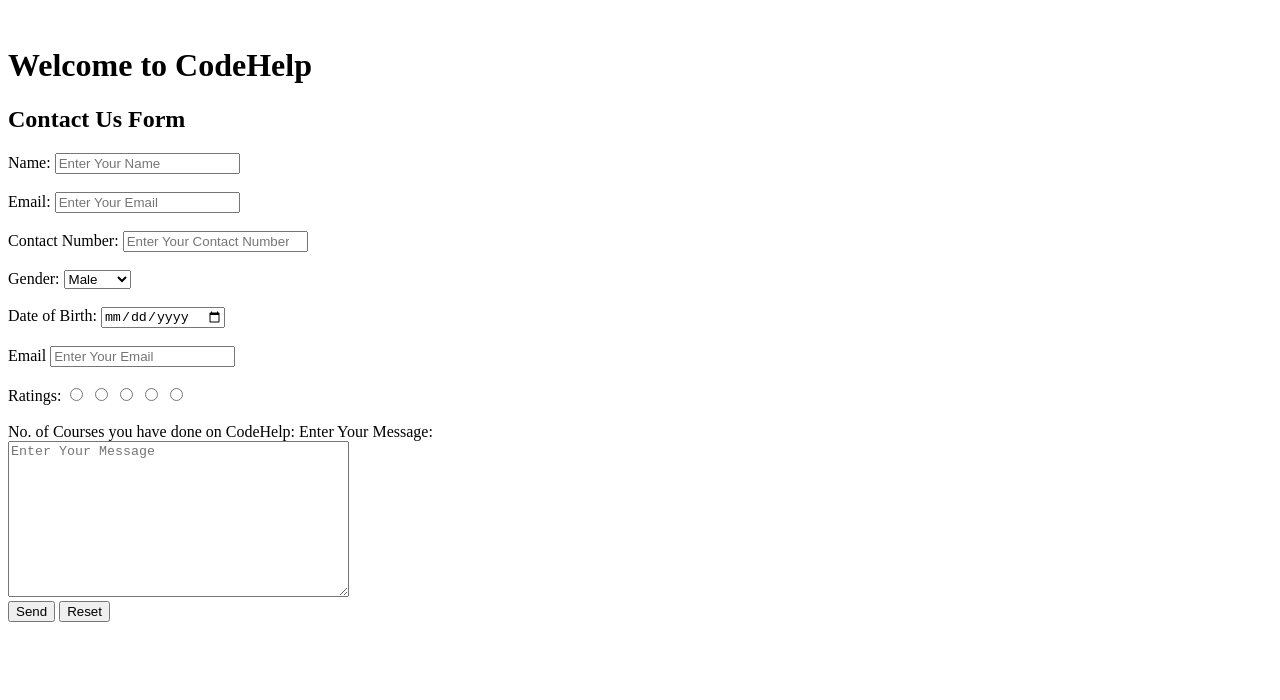
Repository: shoaib-1729/Web-Dev-Course_Dot-Batch_Love-Babbar
Page: 02_HTML Session Basics-to-Pro Level/03_HTML-Basics-Session-III/03_Code-Practice-Session-3/formsPractice.html
The author's editor kept a copy of each file at every save. The page is drawn from the files as they stood at one save, then again after the next save.
The browser window is 1280 px wide. The pictures show the whole page.

Above is the page before, as saved 2023-07-29 16:39:17.

### 02_HTML Session Basics-to-Pro Level/03_HTML-Basics-Session-III/03_Code-Practice-Session-3/formsPractice.html
<!DOCTYPE html>
<br lang="en">

<head>
    <meta charset="UTF-8">
    <meta name="viewport" content="width=device-width, initial-scale=1.0">
    <title>Forms</title>
</head>

<body>

    <form action="https://www.thecodehelp.in" target="_blank">
        <h1>Welcome to CodeHelp</h1>

        <h2>Contact Us Form</h2>

        <label for="name">Name:</label>
        <input type="text" id="name" placeholder="Enter Your Name">
        </br>
        </br>

        <label for="Email">Email:</label>
        <input type="email" id="Email" placeholder="Enter Your Email">
        </br>
        </br>


        <label for="number">Contact Number:</label>
        <input type="number" id="number" placeholder="Enter Your Contact Number">
        </br>
        </br>


        <label for="gender">Gender: </label>
        <select name="gender" id="gender-select">
            <option value="male">Male</option>
            <option value="female">Female</option>
            <option value="others">Others</option>
        </select>
        </br>
        </br>


        <label for="DOB">Date of Birth:</label>
        <input type="date" id="DOB">
        </br>
        </br>


        <label for="Email">Email</label>
        <input type="email" id="Email" placeholder="Enter Your Email">
        </br>
        </br>


        <label for="ratings">Ratings:</label>
        <input type="radio" id="ratings" name="Ratings" value="1">
        <input type="radio" id="ratings" name="Ratings" value="2">
        <input type="radio" id="ratings" name="Ratings" value="3">
        <input type="radio" id="ratings" name="Ratings" value="4">
        <input type="radio" id="ratings" name="Ratings" value="5">
        </br>
        </br>

        <label for="">No. of Courses you have done on CodeHelp:</label>






        <label for="">Enter Your Message:</label>
        </br>
        <textarea name="" id="" cols="40" rows="10" placeholder="Enter Your Message"></textarea>
        </br>

        <input type="submit" value="Send" id="Button">
        <label for="Button"></label>

        <!-- <button>Send</button> -->

        <input type="button" value="Reset" id="Button">
        <label for="Button"></label>
    </form>

</body>

</html>

After the next save:
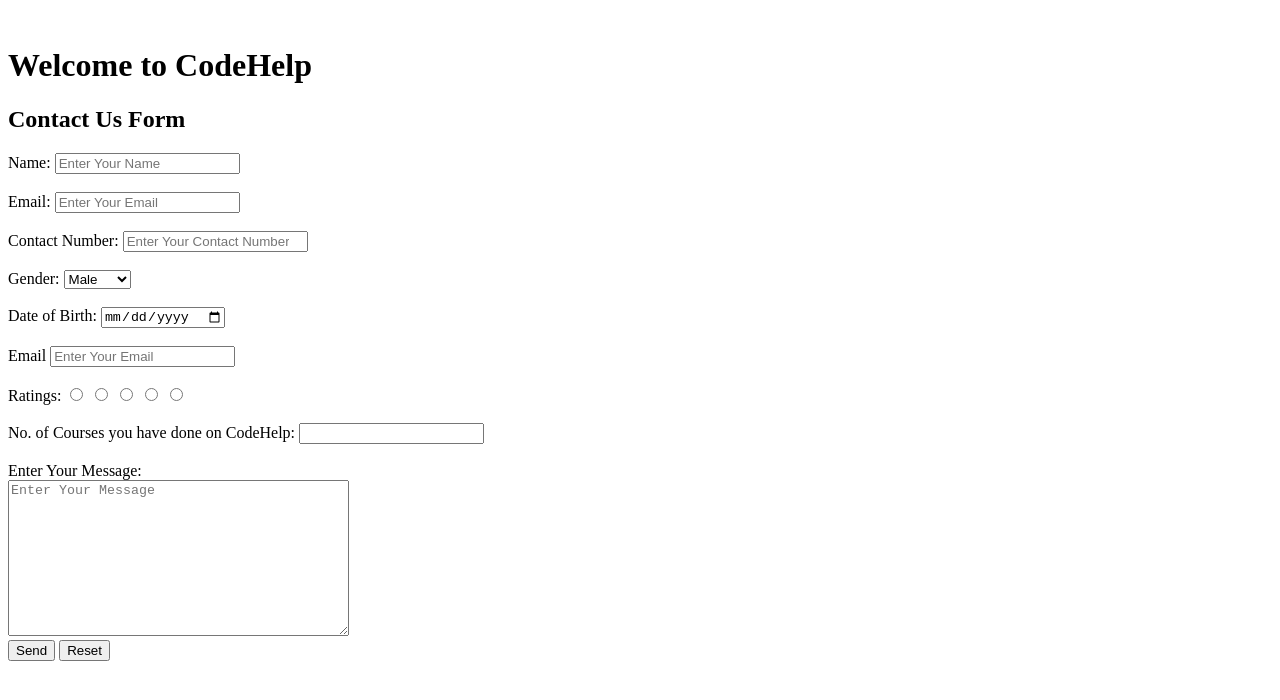
Saved 54 s later.
--- a/02_HTML Session Basics-to-Pro Level/03_HTML-Basics-Session-III/03_Code-Practice-Session-3/formsPractice.html
+++ b/02_HTML Session Basics-to-Pro Level/03_HTML-Basics-Session-III/03_Code-Practice-Session-3/formsPractice.html
@@ -62,8 +62,10 @@
         </br>
         </br>
 
-        <label for="">No. of Courses you have done on CodeHelp:</label>
-
+        <label for="counter">No. of Courses you have done on CodeHelp:</label>
+        <input type="text" id="counter" step="1" min="0" max="5">
+        </br>
+        </br>
 
 
 
